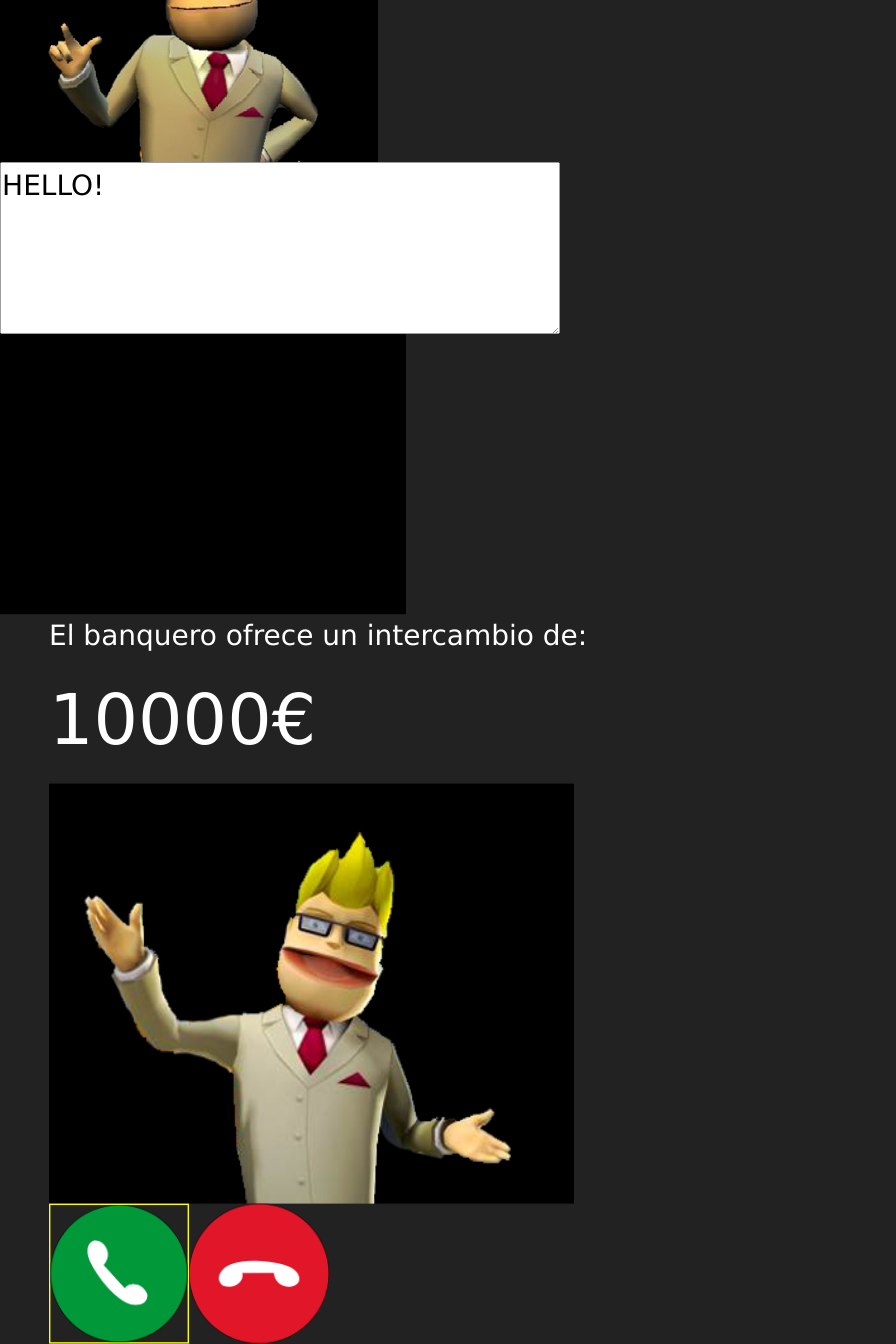
Repository: elnacp/Deal_or_no_deal
Page: DealOrNoDeal/index.html
The author's editor kept a copy of each file at every save. The page is drawn from the files as they stood at one save, then again after the next save.
The browser window is 1280 px wide. The pictures show the part of the page from y = 1458 to 3378 px (the page is 3378 px tall), at 70% of full size.
Some web libraries are served in a nearby version.

Above is the page before, as saved 2017-12-04 11:07:56.

### DealOrNoDeal/index.html
<!DOCTYPE html>
<html>
<head>
    <meta charset="utf-8" />
    <meta name="viewport" content="width=device-width, initial-scale=1.0, maximum-scale=1.0">
    <meta name="description" content="Tizen TV basic template generated by Samsung TV Web IDE"/>

    <title>Tizen TV Web IDE - Tizen TV - Tizen TV basic Application</title>

	<!-- jQuery library -->
	<script src="https://ajax.googleapis.com/ajax/libs/jquery/3.1.1/jquery.min.js"></script>
    <link rel="stylesheet" href="https://maxcdn.bootstrapcdn.com/bootstrap/4.0.0-beta.2/css/bootstrap.min.css" integrity="sha384-PsH8R72JQ3SOdhVi3uxftmaW6Vc51MKb0q5P2rRUpPvrszuE4W1povHYgTpBfshb" crossorigin="anonymous">
    <script src="https://code.jquery.com/jquery-3.2.1.slim.min.js" integrity="sha384-KJ3o2DKtIkvYIK3UENzmM7KCkRr/rE9/Qpg6aAZGJwFDMVNA/GpGFF93hXpG5KkN" crossorigin="anonymous"></script>
    <script src="https://cdnjs.cloudflare.com/ajax/libs/popper.js/1.12.3/umd/popper.min.js" integrity="sha384-vFJXuSJphROIrBnz7yo7oB41mKfc8JzQZiCq4NCceLEaO4IHwicKwpJf9c9IpFgh" crossorigin="anonymous"></script>
    <script src="https://maxcdn.bootstrapcdn.com/bootstrap/4.0.0-beta.2/js/bootstrap.min.js" integrity="sha384-alpBpkh1PFOepccYVYDB4do5UnbKysX5WZXm3XxPqe5iKTfUKjNkCk9SaVuEZflJ" crossorigin="anonymous"></script>
    <link rel="stylesheet" type="text/css" href="css/style.css"/>
    <script src="js/main.js"></script>

</head>

<body>

	  <div class = "container-fluid">
		<div class="row">
   			<div class="col-md-2">

					<input type="image"  id ="prizes"  name="first" src="./img/prizes/0,01.png"   />
					<input type="image"  id ="prizes" src="./img/prizes/0,5.png"   />
					<input type="image"  id ="prizes" src="./img/prizes/1.png"  	/>
					<input type="image"  id ="prizes" src="./img/prizes/5.png"  	/>
					<input type="image"  id ="prizes" src="./img/prizes/10.png"     />
					<input type="image"  id ="prizes" src="./img/prizes/30.png"     />
					<input type="image"  id ="prizes" src="./img/prizes/50.png"     />
					<input type="image"  id ="prizes" src="./img/prizes/70.png"     />
					<input type="image"  id ="prizes" src="./img/prizes/100.png"    />
					<input type="image"  id ="prizes" src="./img/prizes/300.png"    />
					<input type="image"  id ="prizes" src="./img/prizes/500.png"    />
					<input type="image"  id ="prizes" src="./img/prizes/1000.png"    />


   			</div>
    		<div class="col-md-8">

    			<div id="chests" class= "row">
					<input type="image"  class ="image-chest" id="selector" name="1" src="./img/chests/1.png"  />
					<input type="image"  class ="image-chest" id="" name="2" src="./img/chests/2.png"  />
					<input type="image"  class ="image-chest" id="" name="3" src="./img/chests/3.png"  />
					<input type="image"  class ="image-chest" id="" name="4" src="./img/chests/4.png"  />
					<input type="image"  class ="image-chest" id="" name="5" src="./img/chests/5.png"  />
					<input type="image"  class ="image-chest" id="" name="6" src="./img/chests/6.png"  />
				</div>
				<div id="chests" class= "row">
					<input type="image"  class ="image-chest" id="" name="7" src="./img/chests/7.png"  />
					<input type="image"  class ="image-chest" id="" name="8" src="./img/chests/8.png"  />
					<input type="image"  class ="image-chest" id="" name="9" src="./img/chests/9.png" />
					<input type="image"  class ="image-chest" id="" name="10" src="./img/chests/10.png"  />
					<input type="image"  class ="image-chest" id="" name="11" src="./img/chests/11.png"  />
					<input type="image"  class ="image-chest" id="" name="12" src="./img/chests/12.png"  />
				</div>
				<div id="chests" class= "row">
					<input type="image"  class ="image-chest" id="" name="13" src="./img/chests/13.png"  />
					<input type="image"  class ="image-chest" id="" name="14" src="./img/chests/14.png"  />
					<input type="image"  class ="image-chest" id="" name="15" src="./img/chests/15.png"  />
					<input type="image"  class ="image-chest" id="" name="16" src="./img/chests/16.png"  />
					<input type="image"  class ="image-chest" id="" name="17" src="./img/chests/17.png"  />
					<input type="image"  class ="image-chest" id="" name="18" src="./img/chests/18.png"  />
				</div>
				<div id="chests" class= "row">
					<input type="image"  class ="image-chest" name="19" src="./img/chests/19.png"  />
					<input type="image"  class ="image-chest" name="20" src="./img/chests/20.png"  />
					<input type="image"  class ="image-chest" name="21" src="./img/chests/21.png"  />
					<input type="image"  class ="image-chest" name="22" src="./img/chests/22.png"  />
					<input type="image"  class ="image-chest" name="23" src="./img/chests/23.png"  />
					<input type="image"  class ="image-chest" name="24" src="./img/chests/24.png"  />
				</div>

    		</div>
   		 	<div class="col-md-2">


					<input type="image"  id ="prizes" src="./img/prizes/1300.png"   />
					<input type="image"  id ="prizes" src="./img/prizes/1500.png"   />
					<input type="image"  id ="prizes" src="./img/prizes/3000.png"  	/>
					<input type="image"  id ="prizes" src="./img/prizes/5000.png"  	/>
					<input type="image"  id ="prizes" src="./img/prizes/10000.png"     />
					<input type="image"  id ="prizes" src="./img/prizes/30000.png"     />
					<input type="image"  id ="prizes" src="./img/prizes/50000.png"     />
					<input type="image"  id ="prizes" src="./img/prizes/70000.png"     />
					<input type="image"  id ="prizes" src="./img/prizes/100000.png"    />
					<input type="image"  id ="prizes" src="./img/prizes/300000.png"    />
					<input type="image"  id ="prizes" src="./img/prizes/500000.png"    />
					<input type="image"  id ="prizes" src="./img/prizes/1000000.png"    />


   		 	</div>
 		 </div>

 		 <div class="row">
 		 		<input type="image" id="presenter" src="./img/banquero_propuesta.jpg"/>
 		 		<textarea id="message" rows="4" cols="6" readonly>HELLO!</textarea>
 		 		<input type="image" id="user_chest" src="./img/chestAgafat.png"/>
 		  </div>



	</div>
	<div  class="container"  >
 		 		<p id="message-banquero1"  class="row"> El banquero ofrece un intercambio de: <p id="message-banquero2"  class="row"> 10000€ </p> </p>
 		 		<input type="image"  id ="banquero" src="./img/welcome.jpg"   class="row"  />
 		 		<div class="row">
	 		 		<input type="image"  id ="acceptar" src="./img/acceptar.png"    />
	 		 		<input type="image"  id ="rechazar" src="./img/rechazar.png"    />
 		 		</div>

 	</div>
	 <script src="js/chestController.js"></script>
	 <script src="js/banqueroController.js"></script>
</body>

</html>

### DealOrNoDeal/css/style.css
* {
    font-family: Verdana, Lucida Sans, Arial, Helvetica, sans-serif;
}

body {
    margin: 0px auto;
    background-color:#222;
}

/*.contents {
	display: flex;
	display: -webkit-flex;
	box-sizing: border-box;
	-webkit-box-sizing: border-box;
	height:320px;
}


.content_text {
	font-weight:bold;
	font-size:5em;
	color:#fff;
}*/

.container-fluid{
	z-index: -1;
}

#pop-up-banquero{
	position:absolute;
	z-index: 0;
}

#banquero{
	width: 750px;
	height: 600px;
}

#acceptar, #rechazar{
	width: 200px;
	height: 200px;
}

#acceptar{
	border: 2px solid yellow;
}

#message-banquero1{
	color: white;
	font-size: 40px;
}
#message-banquero2{
	color: white;
	font-size: 100px;
}


.col-md-2{
	margin: auto;
	border: none;
	padding: 10px;
	display: block;
	background-color:lavender;
}

.col-md-8{
	padding-left: 70px;
	padding-top: 45px;
	padding-bottom: 40px;
	text-align: center;
	/*background-color: red;*/
	margin: none;
	display: block;
}

textarea{
	width:800px;
}

#user_chest{
	width:580px;
	height:400px;
}

textarea{
	font-size: 40px;
}

#prizes{
	width: 100%;
	height:50px;
}

.image-chest{

	max-width:200px;
	max-height:150px;
	border: 0px solid white;
}

#selector{
	border: 2px solid yellow;
}

#chests{

	margin: none;
	width: 100%;
}

### DealOrNoDeal/js/main.js

window.onload = function () {
    // TODO:: Do your initialization job
	var up = 0;
	var down = 0;
	var right = 0;
	var left = 0;
	var cofreSeleccionat = 0; // indica quin cofre es del jugador
	var seleccionat = 0; //indica si el  cofre ha estat seleccionat (FLAG)
    var pag = 0;
    var valorsOberts  = [];  // valors de cofres que ja han sortit
    var valors = []; // tots els valors que poden sortir d'un cofre
    var torns  = 24;

    valors = ["0,01", "0,5", "1","5", "10", "30", "50", "70", "100", "300", "500", "1000",
              "1300", "1500", "3000", "5000", "10000", "30000", "50000", "70000", "100000", "300000", "500000", "1000000" ];

    shuffle(valors);
    //$('#pop-up-banquero').hide();

    //barreja array de valors de cada cofre.
    function shuffle(a) {
        var j, x, i;
        for (i = a.length - 1; i > 0; i--) {
            j = Math.floor(Math.random() * (i + 1));
            x = a[i];
            a[i] = a[j];
            a[j] = x;

        }
    }

    //MOURE EL CURSOR PER SOBRE DE TOTS ELS COFRES
    document.addEventListener("keydown", function(e){
    	var selector = document.getElementById("selector");
    	switch(e.keyCode){
			case 38:  //UP
				up = 1;
				break;
			case 37:  //LEFT
				left = 1;
				break;
			case 39:   //RIGHT
				right = 1;
				break;
			case 40:  //DOWN
				down = 1;
				break;
    	}

    	changeSelector(selector, up, down, right, left);
    	up = 0;
    	down = 0;
    	left = 0;
    	right = 0;
    });

    document.addEventListener("keydown", function(e){
    	if(e.keyCode == 13 && seleccionat == 1){
    		var ok = obrirCofreSeleccionat(valors, valorsOberts);  //funcio que obre el cofre i ens dona el valor que ha tret
    		//console.log(valors);
    		//console.log(valorsOberts);
    		if( ok == 1){
    			torns--;
    			//console.log("entra");
    		}


    		banqueroAppears(torns, valors);
    	}
    	if(e.keyCode == 13 && seleccionat == 0){   // El primer ok es per seleccionar cofre
    		cofreUsuari(cofreSeleccionat);
    		seleccionat = 1;
    		torns--;
    	}


    });



};

### DealOrNoDeal/js/chestController.js
// cursor que es mou per els cofres
function changeSelector(selector, up, down, right, left){
	var num = 0;
	for ( var i = 1; i < 25; i++){
		if( selector.name == i){
			if( up == 1){
				num = parseInt(selector.name)-6;
				if( num > 0 && num < 25){
					var aux = document.getElementsByName(num);
					aux[0].id = 'selector';
					selector.id = "";
				}
			}
			if( down == 1){
				num = parseInt(selector.name)+6;
				if( num > 0 && num < 25){
					var aux = document.getElementsByName(num);
					aux[0].id = 'selector';
					selector.id = "";
				}
			}
			if( right == 1){
				num = parseInt(selector.name)+1;
				if(num < 25 ){
					var aux = document.getElementsByName(num);
					aux[0].id = 'selector';
					selector.id = "";
				}
			}
			if( left == 1){
				num = parseInt(selector.name)-1;
				if(num > 0 ){
					var aux = document.getElementsByName(num);
					aux[0].id = 'selector';
					selector.id = "";
				}
			}
		}
	}
}


// Agafa el cofre que el usuari ha escollit
function cofreUsuari(cofreSeleccionat){
	var num = 0;

	var cofre = document.getElementById("selector");

	//canviem la imatge del cofre del usuari per el que hagui seleccionat
	var usuariCofre = document.getElementById("user_chest");
	usuariCofre.src = cofre.src;

	//canviem el selector en el primer element de la llista
	if(parseInt(cofre.name) == 1){
		num = 2;
	}else{
		num = 1;
	}
	var aux = document.getElementsByName(num);
	aux[0].id = 'selector';
	cofre.id = "";
	cofre.src = "./img/chestAgafat.png";

}

//obre els cofres que ha seleccionat el usuari que vol descartar
function obrirCofreSeleccionat(valors, valorsOberts){
	var cofre = document.getElementById("selector");
	var ok = 0;
	if( cofre.getAttribute("src") != "./img/chestAgafat.png" ){
		if(cofre.getAttribute("src")!= "./img/caja_abierta.png"){
			cofre.src = "./img/caja_abierta.png";
			valorsOberts.push(valors[0]);
			var textarea = document.getElementById("message");
			textarea.value = "The chest content: " + valors[0]+ "€"; // substitueix el contingut de text area
			//var prizes = document.getElementByName("first");
			value = "./img/prizes/"+valors[0]+".png";
			//console.log($("[src='"+value+"'"));
			var prize = document.querySelectorAll('[src="'+value+'"]');
			prize[0].src = "./img/dinerAgafat.png";
			valors.splice(0,1);// elimina el valor de array valor
			ok = 1;
		}
	}
	return  ok;

}

### DealOrNoDeal/js/banqueroController.js
function banqueroAppears(torns, valors){
	var aux = 0;
	var oferta = 0;
	var quantitat = 0;

	if( torns == 18 || torns == 13 || torns == 8 || torns == 4 || torns == 3 || torns == 2){
		// el banquer et farà una proposta segons els diners que et quedin
		for ( var i= 0; i < valors.length; i++){
			//console.log(parseInt(valors[i]));
			aux = aux + parseInt(valors[i]);
			//console.log(aux);
			quantitat++;
		}
		console.log(aux);
		console.log(valors.length);
		oferta =aux / valors.length;
		oferta = Math.round(oferta);
		// fem la mitja dels valors que li queden
		/*$('.container-fluid').hide();
		$('#pop-up-banquero').show();
		var popup = document.getElementById("message-banquero2");
		popup.value = oferta + "€";*/



	}
	if( torns == 1){  //canviar el cofre que tens per el cofre que queda
		var textarea = document.getElementById("message");
		textarea.value = "Vols canviar el cofre?";
	}


}

After the next save:
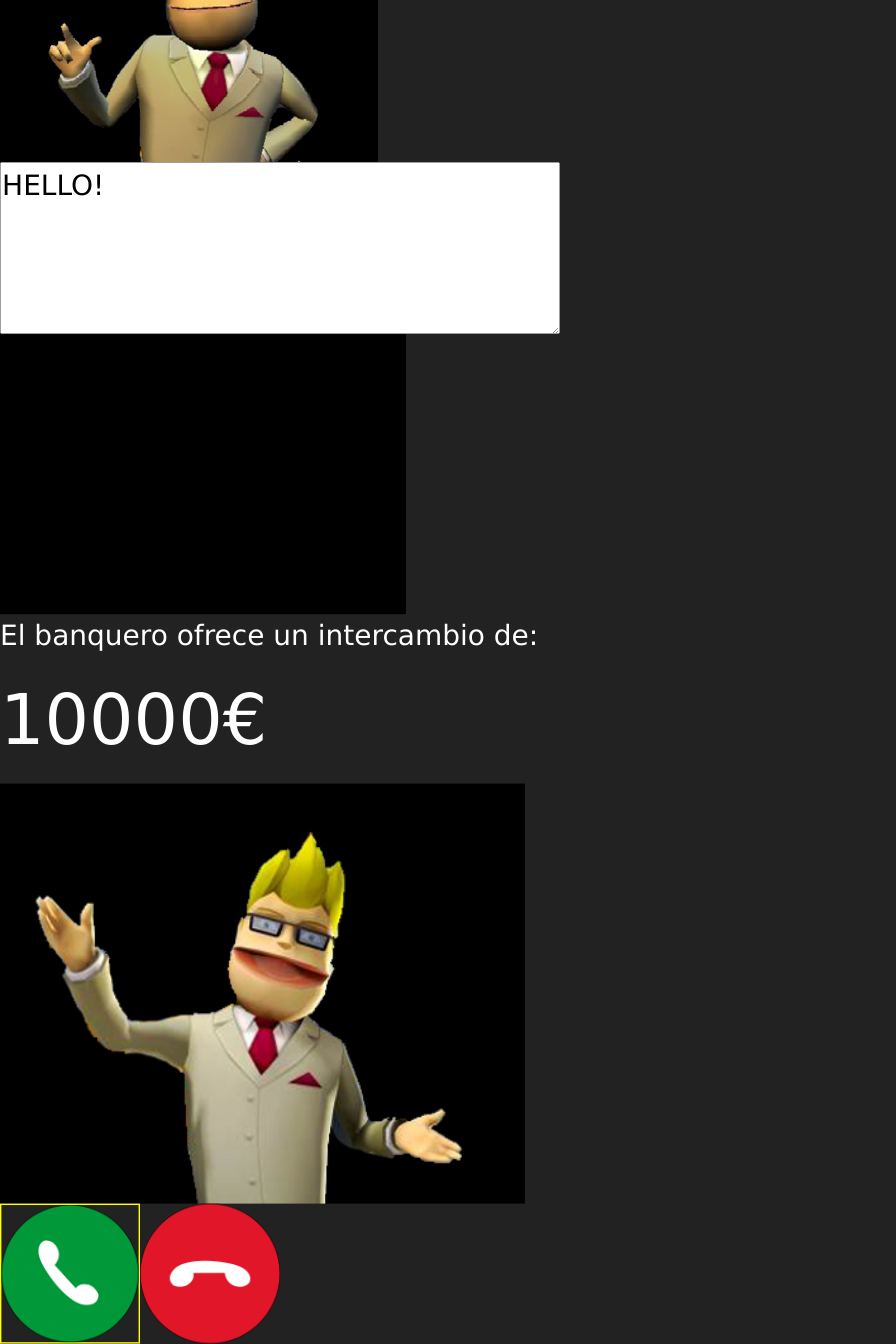
Saved 7 s later.
--- a/DealOrNoDeal/css/style.css
+++ b/DealOrNoDeal/css/style.css
@@ -26,7 +26,7 @@ body {
 	z-index: -1;
 }
 
-#pop-up-banquero{
+.container{
 	position:absolute;
 	z-index: 0;
 }
